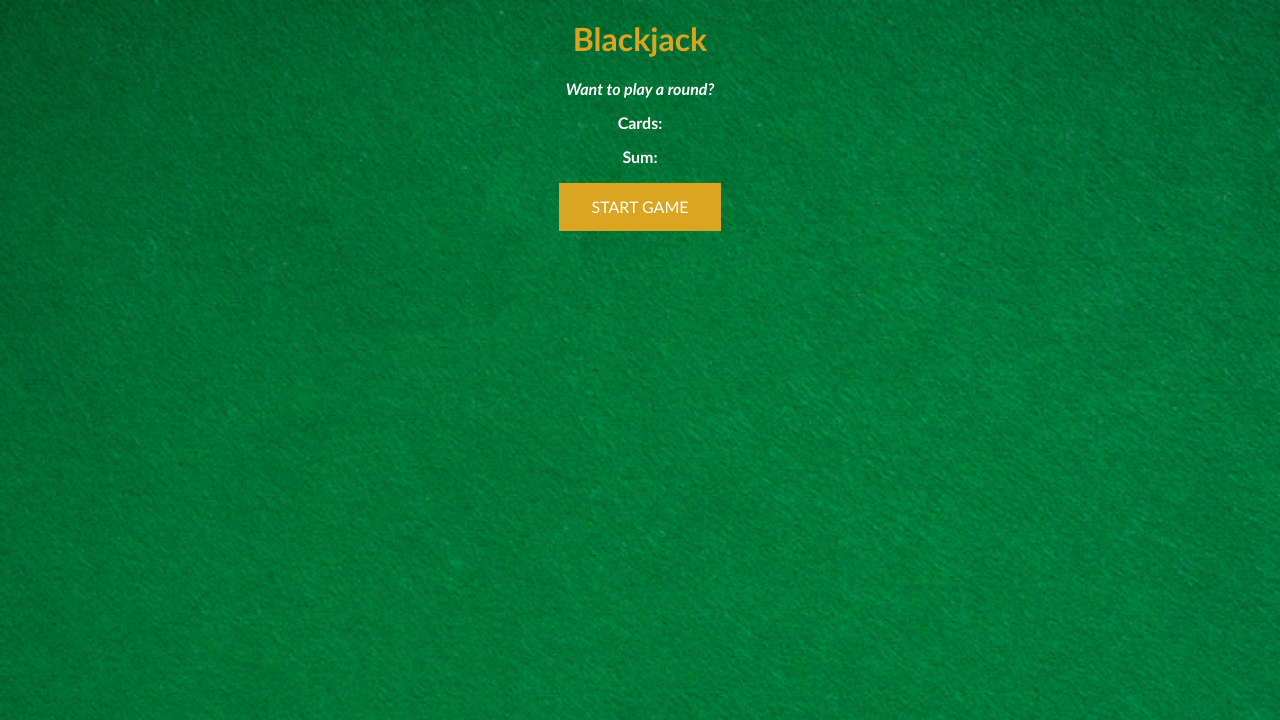
Repository: jt010051/JavaScriptBlackJack
Page: index.html
The author's editor kept a copy of each file at every save. The page is drawn from the files as they stood at one save, then again after the next save.
The browser window is 1280 px wide. The pictures show the whole page.

Above is the page before, as saved 2022-02-26 17:55:14.

### index.html
<html>
    <head><link rel="stylesheet" href="https://cdnjs.cloudflare.com/ajax/libs/normalize/8.0.1/normalize.css">
        <link rel="stylesheet" href="index.css">
    </head>
    <body>
        <h1>Blackjack</h1>
        <p id="message-el">Want to play a round?</p>
        <p>Cards:</p>
        <p>Sum:</p>
        <button onclick="startGame">START GAME</button>
        <script src="index.js"></script>
    </body>
</html>

### index.css
/* Complete the CSS styling according to the provided design */

body {
  font-family: 'Trebuchet MS', 'Lucida Sans Unicode', 'Lucida Grande', 'Lucida Sans', Arial, sans-serif;
  background-image: url("images/table.png");
  background-size: cover;
  text-align: center;
  color: white;

  font-weight: bold;

}

h1 {
    color: goldenrod;
}

#message-el {
    font-style: italic;
}
button {
    background-color:  goldenrod; /* Green */
    border: none;
    color: white;
    padding: 15px 32px;
    text-align: center;
    text-decoration: none;
    display: inline-block;
    font-size: 16px;
  }

### index.js
let firstCard = 10;

let secondCard = 2;

let sum = firstCard+secondCard+3;

let hasBlackJack =false;
let isAlive = true;
let message =""

function startGame(){
    if(sum <= 20){

        message = "Do you want to draw a new Card? 🙂";
        }
        else if (sum === 21){
            message ="Wohoo! You've got Blackjack! 🥳";
        hasBlackJack = true
        }
        else{
            message ="Youre out of the game! 😢";
            isAlive =false;
        }
        console.log(message);
}

After the next save:
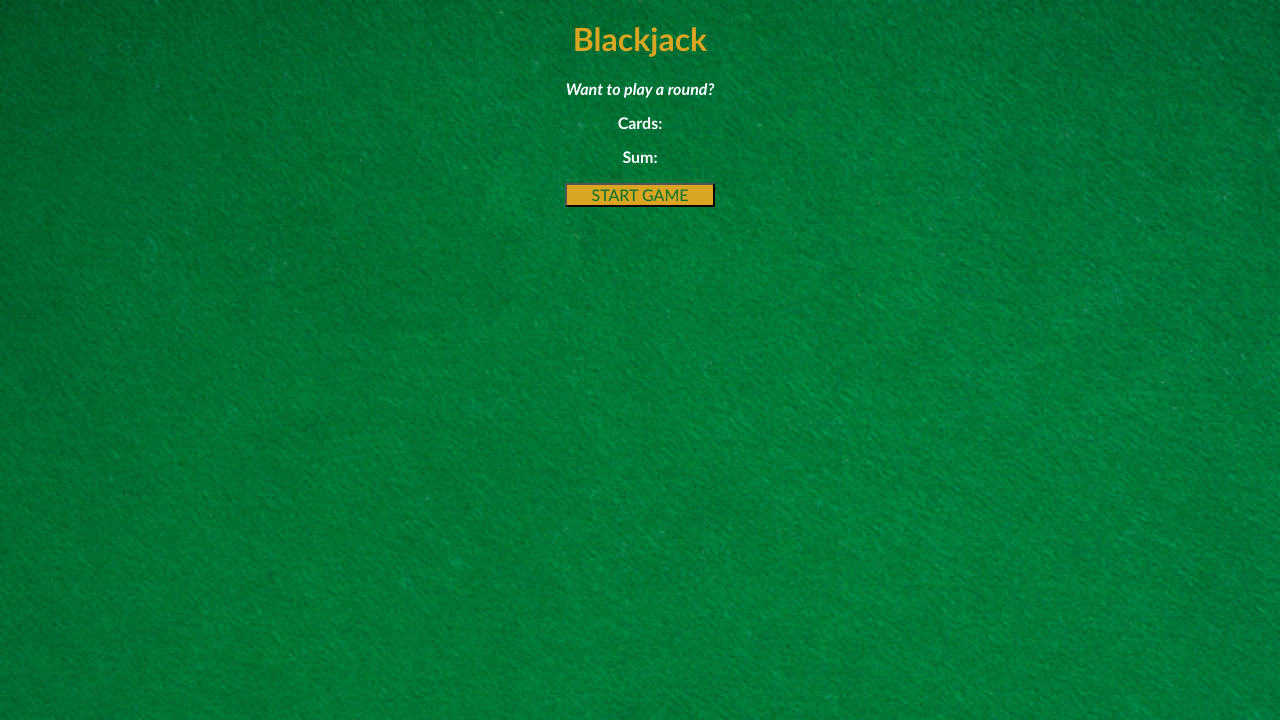
Saved 110 s later.
--- a/index.css
+++ b/index.css
@@ -19,12 +19,7 @@ h1 {
     font-style: italic;
 }
 button {
-    background-color:  goldenrod; /* Green */
-    border: none;
-    color: white;
-    padding: 15px 32px;
-    text-align: center;
-    text-decoration: none;
-    display: inline-block;
-    font-size: 16px;
-  }
+    color: #016f32;
+    width: 150px;
+    background-color: goldenrod;
+}
